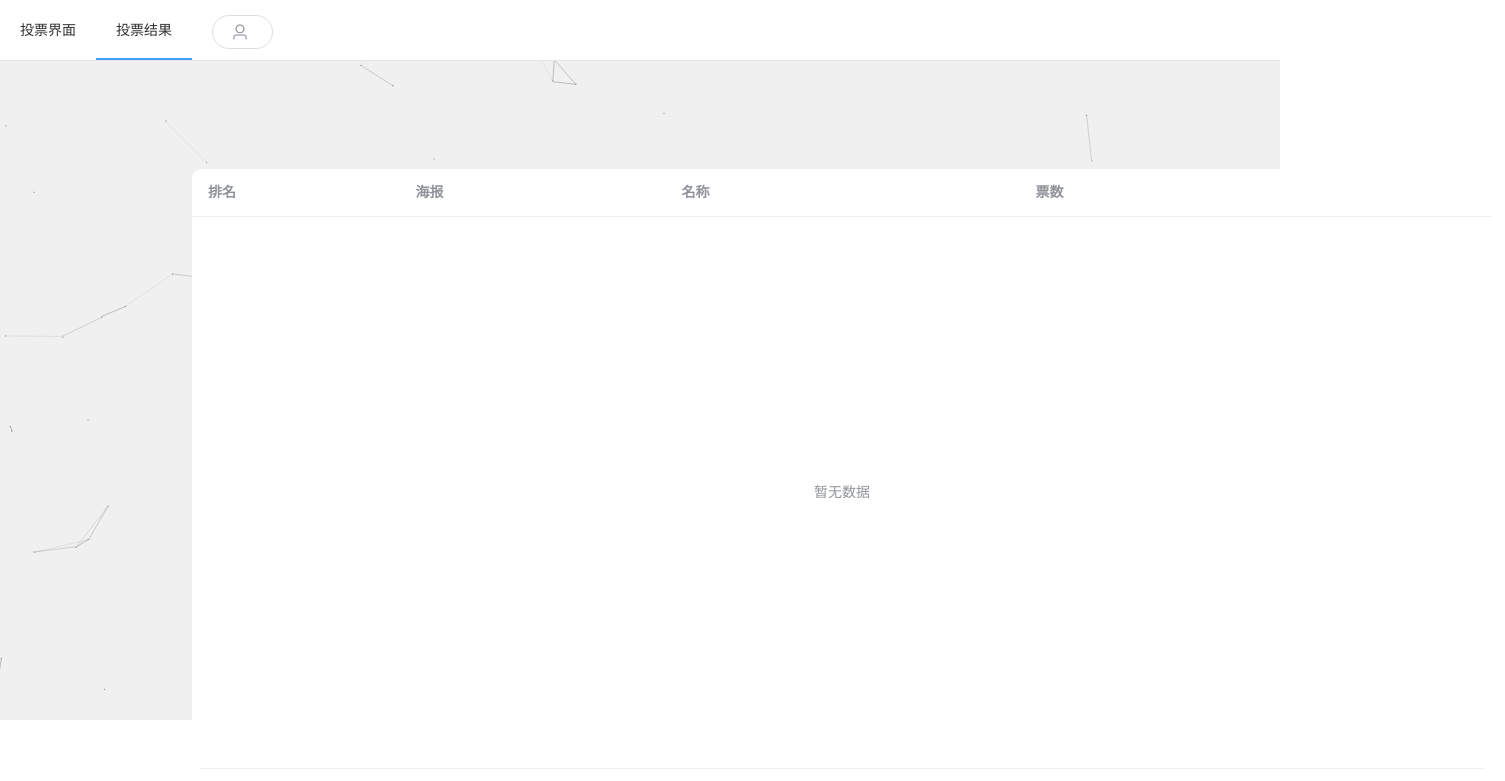
Repository: 280hhh/vote
Page: /#/result
An editor plug-in stored every save of this project. The page is shown before and after the next save, followed by the edit.
The browser window is 1280 px wide. The page is 1492 px wide, then 1505 px, so the pictures cover 1505 px, including what lies to the right of the window. The pictures show the whole page.
The project was rebuilt for these pictures with package versions that can differ from the ones it lists, and the page was loaded fresh each time. Also part of the build but not shown: src/components/login.vue, src/components/home.vue, src/components/register.vue.

Above is the page before, as saved 2021-06-16 00:55:13.

### public/index.html
<!DOCTYPE html>
<html lang="">
  <head>
    <meta charset="utf-8">
    <meta http-equiv="X-UA-Compatible" content="IE=edge">
    <meta name="viewport" content="width=device-width,initial-scale=1.0">
    <link rel="icon" href="<%= BASE_URL %>jr.jpg">
    <title>十大热门电影投票</title>
  </head>
  <body>
    <noscript>
      <strong>We're sorry but <%= htmlWebpackPlugin.options.title %> doesn't work properly without JavaScript enabled. Please enable it to continue.</strong>
    </noscript>
    <div id="app"></div>
    <!-- built files will be auto injected -->
  </body>
</html>

### src/App.vue
<template>
      <div id="app">
        <!-- 路由占位符 -->
        <div id="nav" v-if="$route.meta.keepAlive">
        <el-menu :default-active="this.$route.path" router class="el-menu-demo" mode="horizontal">
          <el-menu-item v-for="(item,i) in nvaList" :key="i" :index="item.name">
            <template slot="title">
             <span> {{ item.navItem }}</span>
           </template>
          </el-menu-item>
          <el-menu-item>
            <el-dropdown>
              <el-button icon="el-icon-user" size="mini" round></el-button>
              <el-dropdown-menu slot="dropdown">
                <div v-if="loginUser.username!=''">
                  <el-dropdown-item>用户:{{loginUser.username}}</el-dropdown-item>
                  <el-dropdown-item @click.native="logOut">退出</el-dropdown-item>
                </div>
                <div v-else>
                      <router-link to='/login'>
                        <el-dropdown-item>去登陆</el-dropdown-item>
                      </router-link>
                </div>
              </el-dropdown-menu>
            </el-dropdown>
          </el-menu-item>
        </el-menu>
    </div>
    <router-view></router-view>
    </div>
</template>

<script>
import Canvas from "../canvas-nest.min.js";
export default {
  name:"app",
  components:{
    Canvas
  },
  data(){
    return{
        loginUser:{
        username:'',
        email:'',
        password:'',
        checkPassword:'',
        phoneNumber:''
      },
      nvaList:[
        {name:'/home',navItem:'投票界面'},
        {name:'/result',navItem:'投票结果'}
      ],
    }
  },
  methods:{
    //点击退出登录时
      logOut(){
        for(var item in this.loginUser){
            this.loginUser[item]='';
        }
        localStorage.loginUser=JSON.stringify(this.loginUser);
        location.reload();
      }
  },
  mounted(){
        if(!window.localStorage) this.$message({showClose: true,message: '发生未知错误！',type: 'error'});
        //登录人信息初始化
        if(localStorage.loginUser!=null){
        this.loginUser=JSON.parse(localStorage.loginUser);
        //更新用户组和登陆人的票数和日期
        // this.oldMessage();
        for(var item in this.userGroup){
        }
            localStorage.loginUser=JSON.stringify(this.userGroup[item]);
            localStorage.userGroup=JSON.stringify(this.userGroup);
        }
  },
  created(){
}
}

</script>

<style>
body{
  margin: 0;
  padding: 0;
}
canvas{
    background: rgb(226, 225, 225);
    opacity: 0.3;
}
</style>

### src/router/index.js
import Vue from 'vue'
import VueRouter from 'vue-router'
import Login from '../components/login.vue'
import '../assets/css/global.css'
import Home from '../components/home.vue'
import Register from '../components/register.vue'
import Result from '../components/result.vue'


Vue.use(VueRouter)

const routes = [
  {path:'/',redirect:'/login',meta:{keepAlive:false}},
  {path:'/login',component:Login,meta:{keepAlive:false}},
  {path:'/home',component:Home,meta:{keepAlive:true}},
  {path:'/register',component:Register,meta:{keepAlive:false}},
  {path:'/result',component:Result,meta:{keepAlive:true}}
]

const router = new VueRouter({
  routes
})

export default router

### src/plugins/element.js
import Vue from 'vue'
import { Button } from 'element-ui'
import {Form,FormItem} from 'element-ui'
import {Input} from 'element-ui'
import {Message} from 'element-ui'
import {Menu} from 'element-ui'
import {MenuItem} from 'element-ui'
import {Submenu} from 'element-ui'
import {Dropdown,DropdownItem,DropdownMenu} from 'element-ui'
import {Dialog} from 'element-ui'
import {Table} from 'element-ui'
import {Progress} from 'element-ui'
import {TableColumn} from 'element-ui'

Vue.use(Button)
Vue.use(Form)
Vue.use(FormItem)
Vue.use(Input)
Vue.prototype.$message=Message
Vue.use(Menu)
Vue.use(MenuItem)
Vue.use(Submenu)
Vue.use(Dropdown)
Vue.use(DropdownItem)
Vue.use(DropdownMenu)
Vue.use(Dialog)
Vue.use(Table)
Vue.use(Progress)
Vue.use(TableColumn)

### canvas-nest.min.js
!function(){function o(w,v,i){return w.getAttribute(v)||i}function j(i){return document.getElementsByTagName(i)}function l(){var i=j("script"),w=i.length,v=i[w-1];return{l:w,z:o(v,"zIndex",-1),o:o(v,"opacity",0.5),c:o(v,"color","0,0,0"),n:o(v,"count",110)}}function k(){r=u.width=window.innerWidth||document.documentElement.clientWidth||document.body.clientWidth,n=u.height=window.innerHeight||document.documentElement.clientHeight||document.body.clientHeight}function b(){e.clearRect(0,0,r,n);var w=[f].concat(t);var x,v,A,B,z,y;t.forEach(function(i){i.x+=i.xa,i.y+=i.ya,i.xa*=i.x>r||i.x<0?-1:1,i.ya*=i.y>n||i.y<0?-1:1,e.fillRect(i.x-0.5,i.y-0.5,1,1);for(v=0;v<w.length;v++){x=w[v];if(i!==x&&null!==x.x&&null!==x.y){B=i.x-x.x,z=i.y-x.y,y=B*B+z*z;y<x.max&&(x===f&&y>=x.max/2&&(i.x-=0.03*B,i.y-=0.03*z),A=(x.max-y)/x.max,e.beginPath(),e.lineWidth=A/2,e.strokeStyle="rgba("+s.c+","+(A+0.2)+")",e.moveTo(i.x,i.y),e.lineTo(x.x,x.y),e.stroke())}}w.splice(w.indexOf(i),1)}),m(b)}var u=document.createElement("canvas"),s=l(),c="c_n"+s.l,e=u.getContext("2d"),r,n,m=window.requestAnimationFrame||window.webkitRequestAnimationFrame||window.mozRequestAnimationFrame||window.oRequestAnimationFrame||window.msRequestAnimationFrame||function(i){window.setTimeout(i,1000/45)},a=Math.random,f={x:null,y:null,max:20000};u.id=c;u.style.cssText="position:fixed;top:0;left:0;z-index:"+s.z+";opacity:"+s.o;j("body")[0].appendChild(u);k(),window.onresize=k;window.onmousemove=function(i){i=i||window.event,f.x=i.clientX,f.y=i.clientY},window.onmouseout=function(){f.x=null,f.y=null};for(var t=[],p=0;s.n>p;p++){var h=a()*r,g=a()*n,q=2*a()-1,d=2*a()-1;t.push({x:h,y:g,xa:q,ya:d,max:6000})}setTimeout(function(){b()},100)}();

### src/assets/css/global.css
html,
body,
#app{
  height: 100%;
  margin: 0;
  padding: 0;
}

### src/components/result.vue
<template>
  <div class="result_container">
    <div class="result_box">
      <el-table :data="contestants" stripe height="600" style="width:100%;" >
            <el-table-column width="60" label="排名" align="center">
                <template scope="scope"><span>{{scope.$index + 1}}</span></template>
            </el-table-column>
            <el-table-column min-width="2.1" label="海报" align="center">
                <template slot-scope="scope">
                <img :src="scope.row.src" class="head_pic" style="height:150px"/>
                </template>
            </el-table-column>
            <el-table-column prop="name" label="名称" min-width="1" align="center"></el-table-column>
            <el-table-column prop="votes" min-width="3" align="center" label="票数">
            <template slot-scope="scope">
            <el-progress :show-text="false" :stroke-width="18" :percentage="(scope.row.votes)" :color="colors" >
                </el-progress>
            </template>
            </el-table-column >
            <el-table-column prop="votes"  min-width="1"></el-table-column>
        </el-table>
    </div>
  </div>
</template>

<script>
export default {
data(){
  return{
    contestants:[],
    colors: [
          {color: '#1989fa', percentage: 20},
          {color: '#e6a23c', percentage: 40},
          {color: '#5cb87a', percentage: 60},
          {color: '#f56c6c', percentage: 80},
          {color: '#6f7ad3', percentage: 100}
        ],
  }
},
methods:{
  //进行排名
    sortBy(props) {
    return function(a,b) {
        return   b[props] - a[props];
    }}
},
mounted(){
  let a=JSON.parse(localStorage.contestants);
        for(var item in a){
            this.contestants.push(a[item]);
        }
        this.contestants.sort(this.sortBy("votes"));
  }
}
</script>

<style Lang="less" scoped>
.result_container{
  height: 100%;
}
.result_box{
  position: relative;
  height: 600px;
  width: 1300px;
  top: 15%;
  left: 15%;
  background-color: white;
  overflow: hidden;
  border-radius: 10px;
}
</style>

Loaded but not shown: src/main.js (common file)

After the next save:
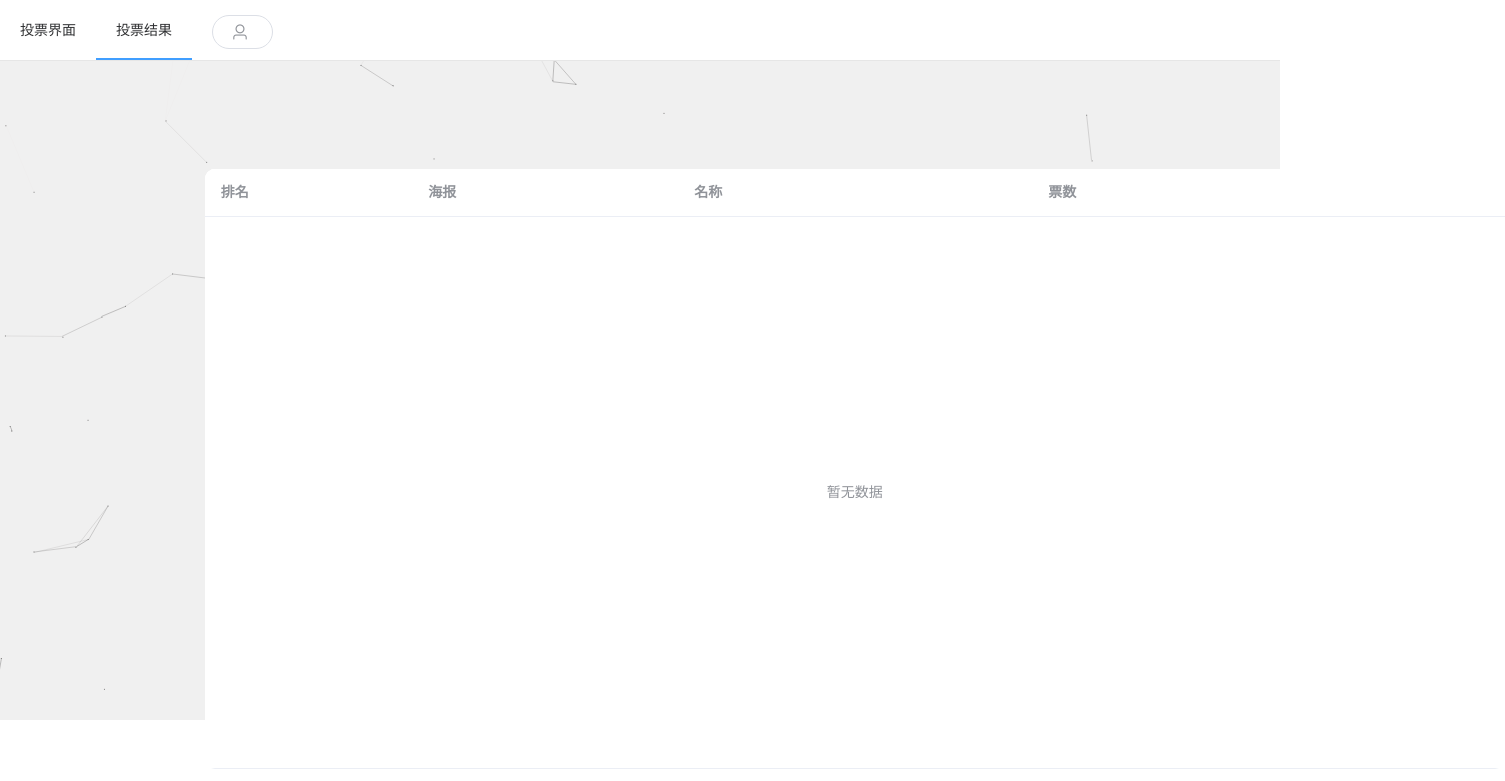
Saved 7 s later.
--- a/src/components/result.vue
+++ b/src/components/result.vue
@@ -63,7 +63,7 @@
   height: 600px;
   width: 1300px;
   top: 15%;
-  left: 15%;
+  left: 16%;
   background-color: white;
   overflow: hidden;
   border-radius: 10px;
